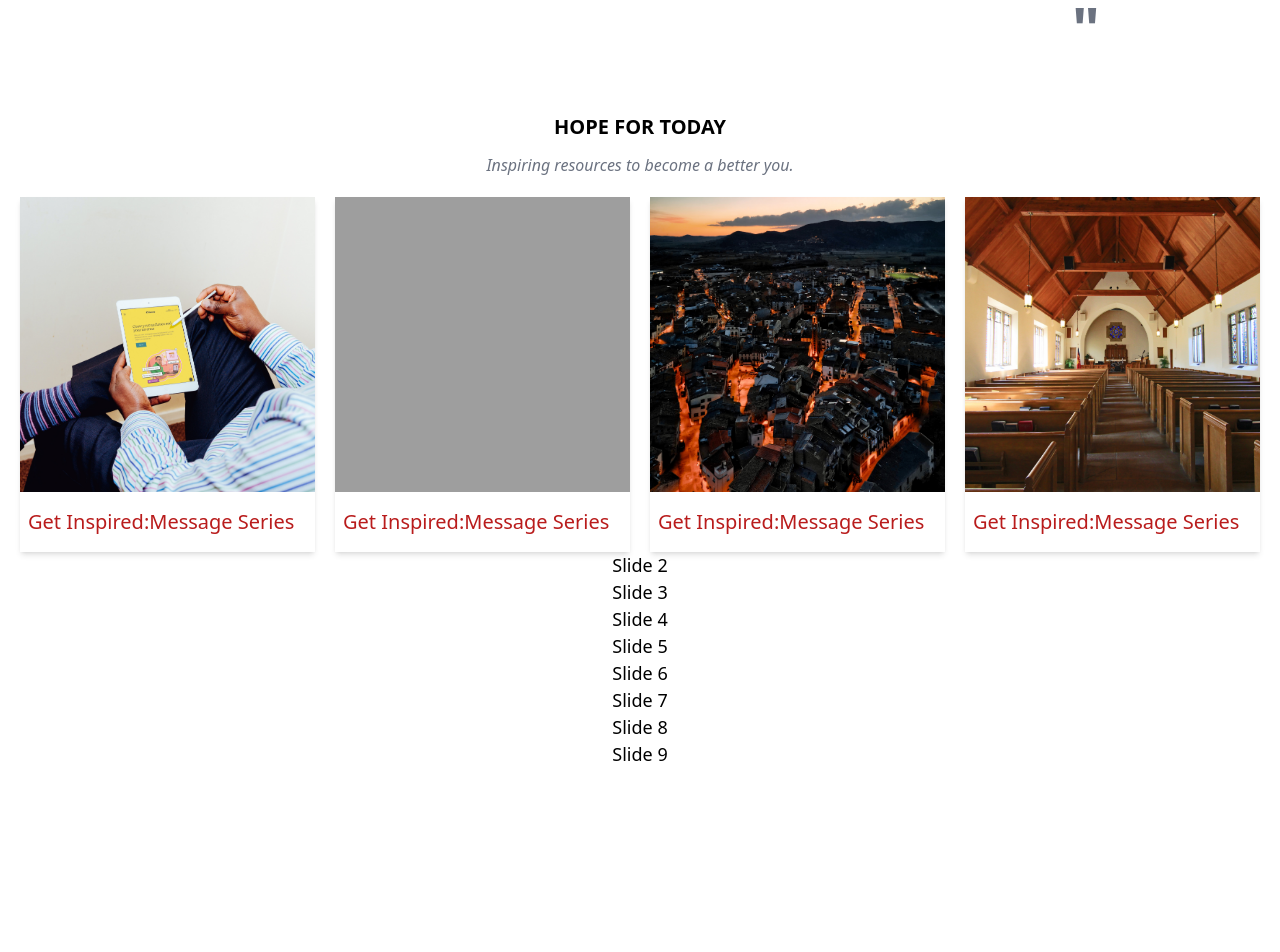
Repository: hisreal123/godschamber
Page: /
An editor plug-in stored every save of this project. The page is shown before and after the next save, followed by the edit.
The browser window is 1280 px wide. The pictures show the part of the page from y = 1063 to 2015 px (the page is 2015 px tall).
Pictures or frames that could not be fetched are drawn as grey boxes. The project was rebuilt for these pictures with package versions that can differ from the ones it lists, and the page was loaded fresh each time. The framework's server and built-in components were replaced by stand-ins that run in the browser. Also part of the build but not shown: next.config.js.

Above is the page before, as saved 2023-03-26 11:36:24.

After the next save:
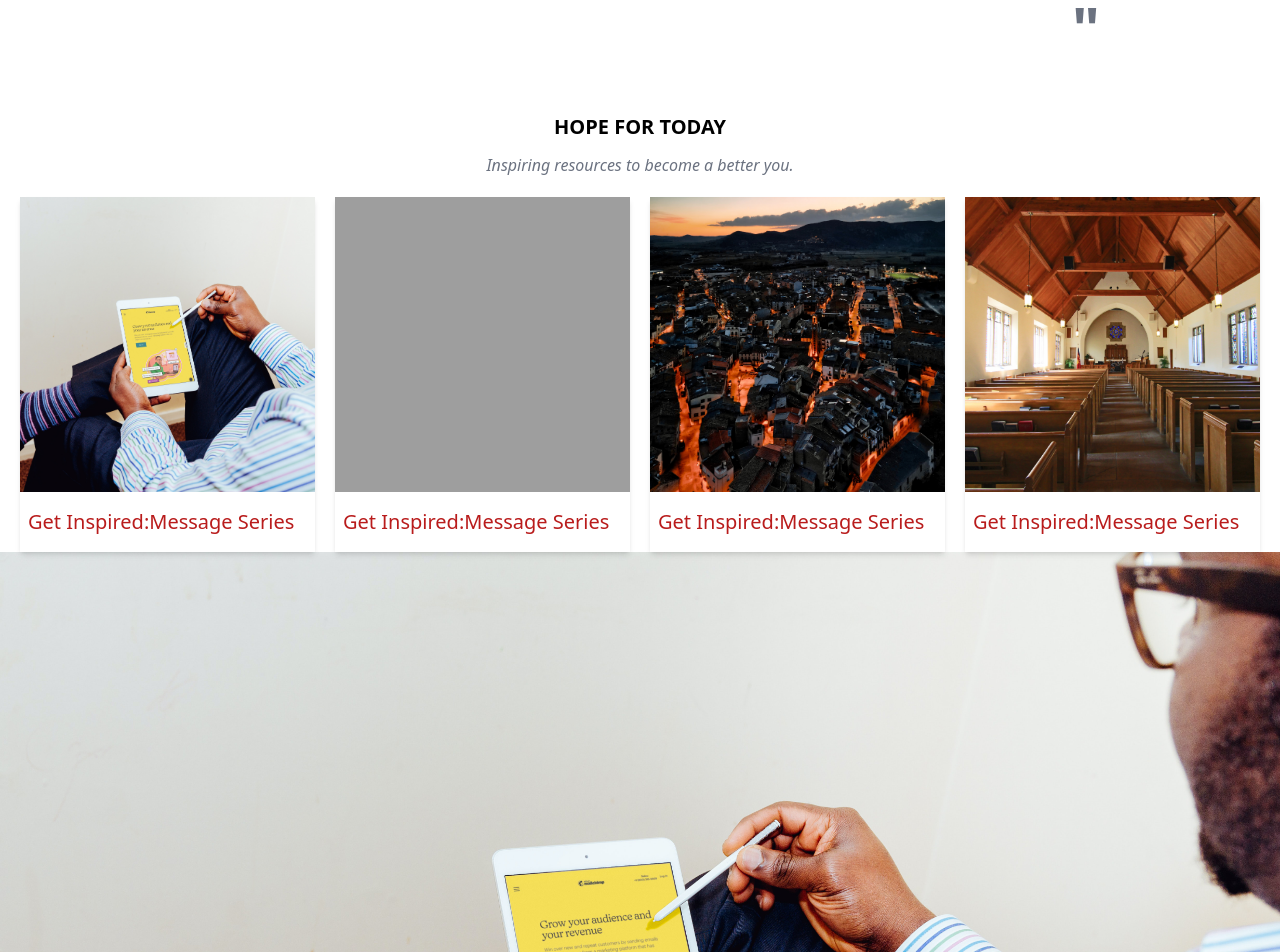
Saved 40 s later.
--- a/src/app/components/Carousel/Carousel.tsx
+++ b/src/app/components/Carousel/Carousel.tsx
@@ -15,7 +15,7 @@ export default function Carousel() {
         <>
             <Swiper className="mySwiper">
                 <SwiperSlide>
-                    <img src='' alt="" />
+                    <img src='./images/img1.jpg' alt="" />
                 </SwiperSlide>
                 <SwiperSlide>Slide 2</SwiperSlide>
                 <SwiperSlide>Slide 3</SwiperSlide>
